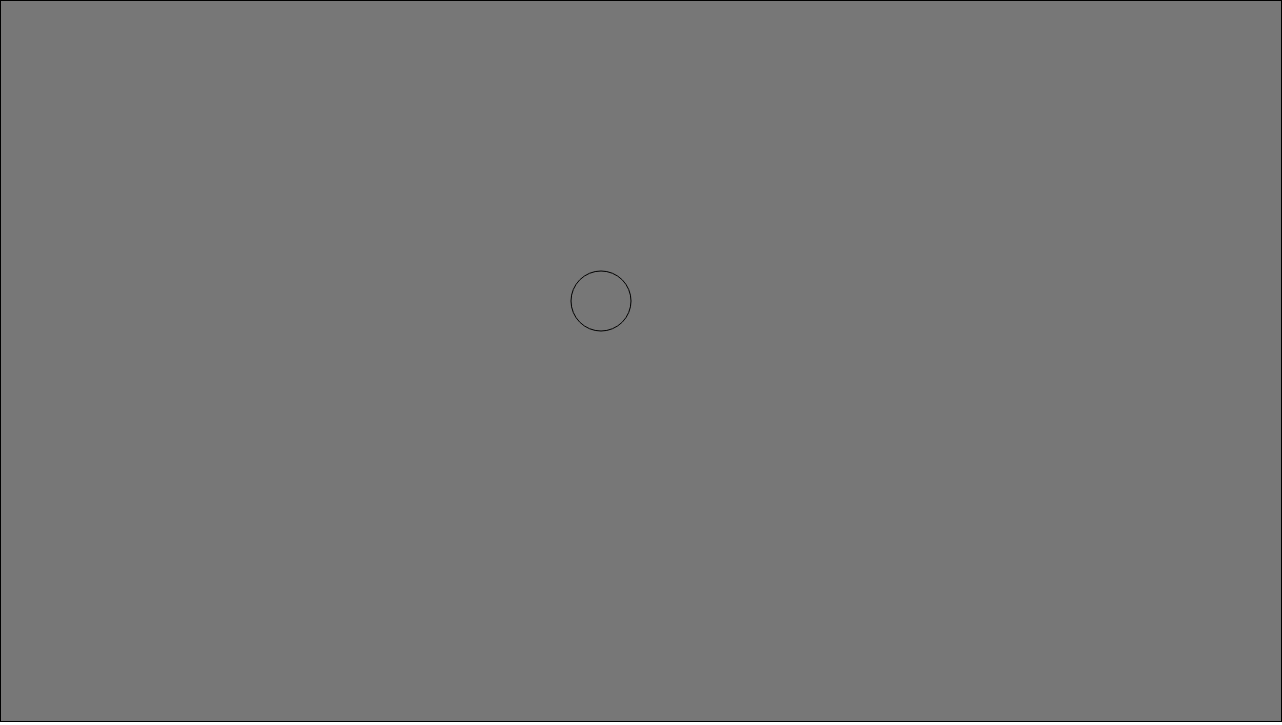
Repository: tenlekdan/particle-effect
Page: inidex.html
An editor plug-in stored every save of this project. The page is shown before and after the next save, followed by the edit.
The browser window is 1280 px wide. The page is 1282 px wide, so the pictures cover 1282 px, including what lies to the right of the window. The pictures show the whole page.

Above is the page before, as saved 2019-12-26 15:49:21.

After the next save:
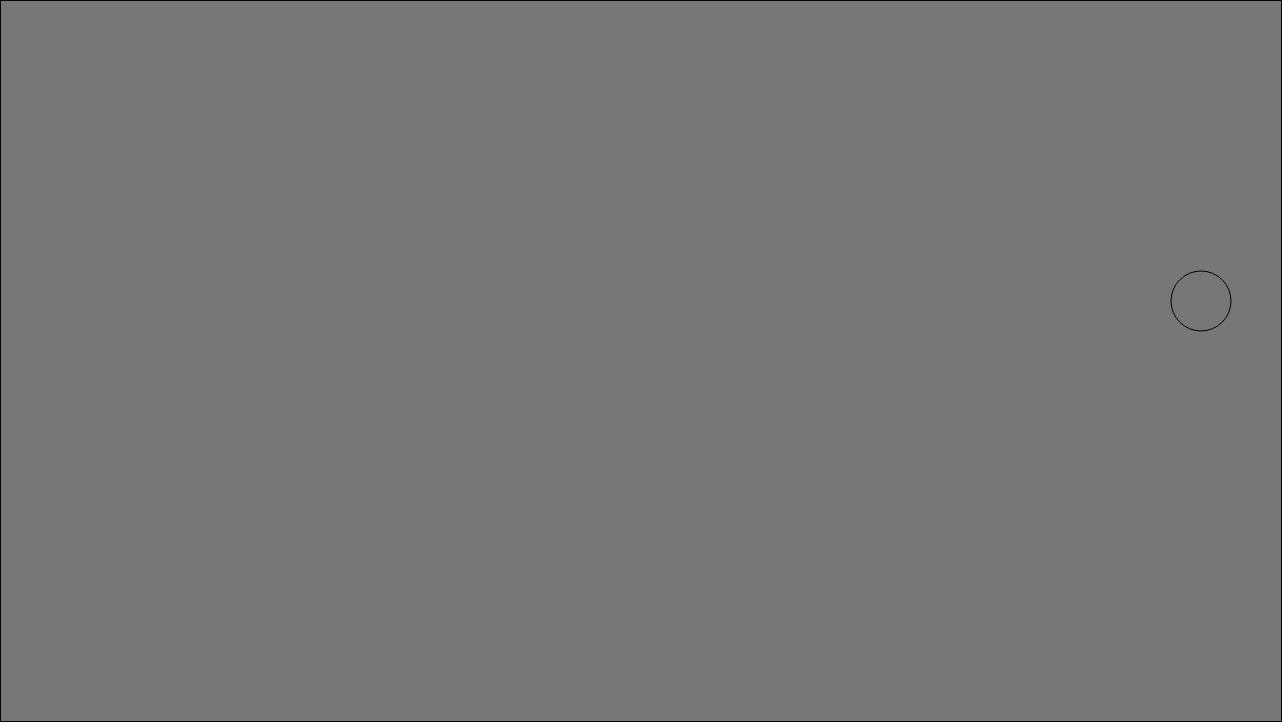
Saved 10 s later.
--- a/canvas.js
+++ b/canvas.js
@@ -21,7 +21,7 @@
     let x = 300;
     let y = 300;
     let radius = 30;
-    let dx = 1;
+    let dx = 3;
     let dy = 1;
 
     var animate = () => {
